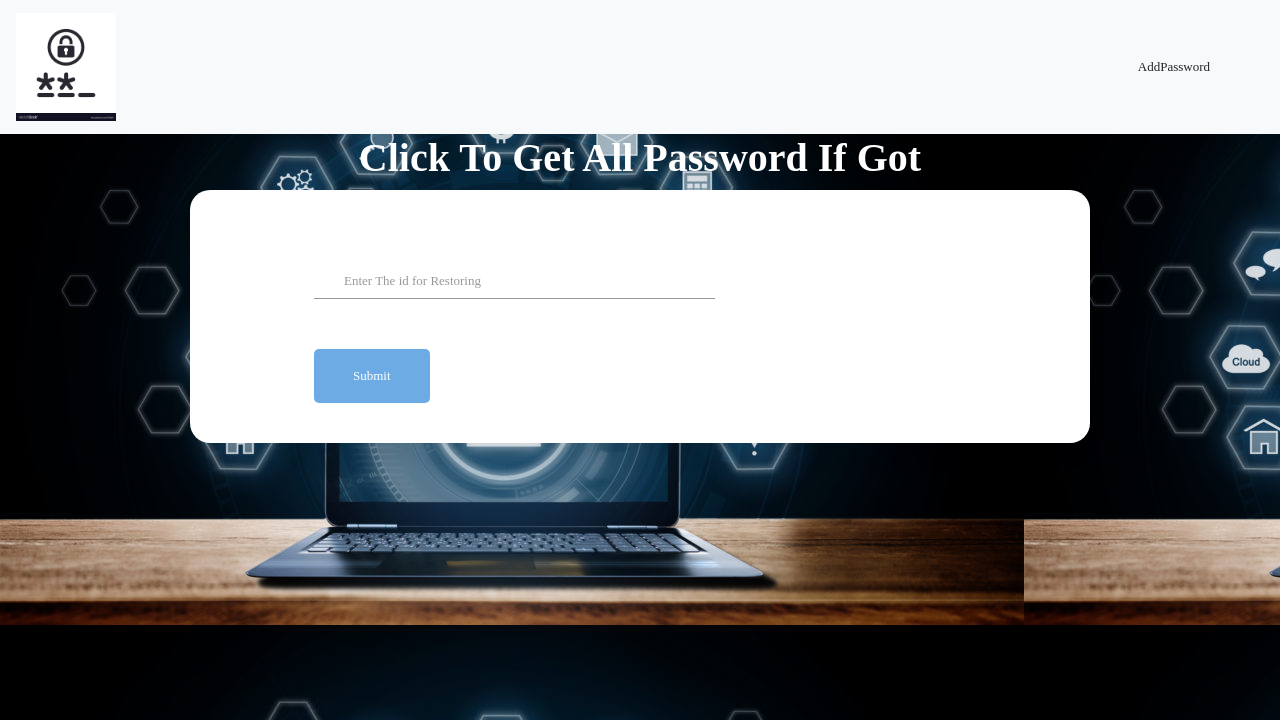
Repository: Sunil-731820/AllWorkingModels
Page: http://localhost/PasswordManagerApp/ShowAllPassword.jsp
These files come from the project's save history. The page is drawn as it stood at one moment and after the next save; the edit follows.
The browser window is 1280 px wide. The pictures show the whole page.
Some web fonts or font styles are not loaded; a fallback is used. Some web libraries are served in a nearby version. The page is served by Tomcat 9. Other server files are loaded and not shown.

Above is the page before, as saved 2022-09-28 04:31:58.

### PasswordManagerApp/src/main/webapp/ShowAllPassword.jsp
<%@ page language="java" contentType="text/html; charset=ISO-8859-1"
    pageEncoding="ISO-8859-1"%>
<!DOCTYPE html>
<html>
<head>
<meta charset="ISO-8859-1">
<title>Insert title here</title>
<link rel="stylesheet" href="fonts/material-icon/css/material-design-iconic-font.min.css">
        <link rel="stylesheet"
              href="https://stackpath.bootstrapcdn.com/bootstrap/4.3.1/css/bootstrap.min.css">
        <link rel="stylesheet"
              href="https://maxcdn.bootstrapcdn.com/font-awesome/4.7.0/css/font-awesome.min.css">
        <script
        src="https://ajax.googleapis.com/ajax/libs/jquery/3.3.1/jquery.min.js"></script>
        <script
        src="https://cdnjs.cloudflare.com/ajax/libs/popper.js/1.14.7/umd/popper.min.js"></script>
        <script
        src="https://stackpath.bootstrapcdn.com/bootstrap/4.3.1/js/bootstrap.min.js"></script>
        <link
            href="//maxcdn.bootstrapcdn.com/bootstrap/4.0.0/css/bootstrap.min.css"
            rel="stylesheet" id="bootstrap-css">
        <script
        src="//maxcdn.bootstrapcdn.com/bootstrap/4.0.0/js/bootstrap.min.js"></script>
        <script
        src="//cdnjs.cloudflare.com/ajax/libs/jquery/3.2.1/jquery.min.js"></script>
        <link rel="stylesheet" href="css/register.css" type="text/css" />
         <style type="text/css">
        body {
            background-image: url("img/pass4.jpeg");
            background-color: #cccccc;
        }
        .img-rounded {
            height: 100%;
            width: 100%;
        }
        h1 {
            color: white;
            text-align: center;
        }
    </style>
</head>
<body>
<nav class="navbar navbar-expand-md navbar-light bg-light">
            <a href="#" class="navbar-brand"> <img src="img/icons.jpg"
                                                   height="30" width="100" alt="Password">
            </a>
            <button type="button" class="navbar-toggler" data-toggle="collapse"
                    data-target="#navbarCollapse">
                <span class="navbar-toggler-icon"></span>
            </button>

            <div class="collapse navbar-collapse" id="navbarCollapse">
                <div class="navbar-nav ml-auto" style="margin-right: 30px;">
                    <a class="dropdown-item" href="AddPassword.jsp">AddPassword</a>
                </div>

            </div>
        </nav>
        <div>
            <h1>
                <b>Click To Get All Password If Got</b>
            </h1>
        </div>
<form action="ShowAllPassword.jsp" method="get">
            <!-- Sign up form -->
            <section class="signup">
                <div class="container">
                    <div class="signup-content">
                        <div class="signup-form">
                            <h2 class="form-title"> </h2>
                            <form class="register-form" id="register-form">
                            	<div class="form-group">
                                    <label for="email" class="required"><i class="zmdi zmdi-email"></i></label>
                                    <input type="number" name="id" id="id" placeholder="Enter The id for Restoring " required="required" />
                                </div>
                                 <div class="form-group form-button">
                                    <input type="submit" name="signup" id="signup" class="form-submit" value="Submit"/>
                                </div>
                            </form>
                        </div>

                    </div>
                </div>
            </section>
        </form>
</body>
</html>

### PasswordManagerApp/src/main/webapp/css/register.css
@charset "ISO-8859-1";
display-flex, .display-flex, .display-flex-center, .signup-content, .signin-content, .social-login, .socials {
  display: flex;
  display: -webkit-flex; }

/* @extend list-type-ulli; */
list-type-ulli, .socials {
  list-style-type: none;
  margin: 0;
  padding: 0; }

/* poppins-300 - latin */
@font-face {
  font-family: 'Poppins';
  font-style: normal;
  font-weight: 300;
  src: url("../fonts/poppins/poppins-v5-latin-300.eot");
  /* IE9 Compat Modes */
  src: local("Poppins Light"), local("Poppins-Light"), url("../fonts/poppins/poppins-v5-latin-300.eot?#iefix") format("embedded-opentype"), url("../fonts/poppins/poppins-v5-latin-300.woff2") format("woff2"), url("../fonts/poppins/poppins-v5-latin-300.woff") format("woff"), url("../fonts/poppins/poppins-v5-latin-300.ttf") format("truetype"), url("../fonts/poppins/poppins-v5-latin-300.svg#Poppins") format("svg");
  /* Legacy iOS */ }
/* poppins-300italic - latin */
@font-face {
  font-family: 'Poppins';
  font-style: italic;
  font-weight: 300;
  src: url("../fonts/poppins/poppins-v5-latin-300italic.eot");
  /* IE9 Compat Modes */
  src: local("Poppins Light Italic"), local("Poppins-LightItalic"), url("../fonts/poppins/poppins-v5-latin-300italic.eot?#iefix") format("embedded-opentype"), url("../fonts/poppins/poppins-v5-latin-300italic.woff2") format("woff2"), url("../fonts/poppins/poppins-v5-latin-300italic.woff") format("woff"), url("../fonts/poppins/poppins-v5-latin-300italic.ttf") format("truetype"), url("../fonts/poppins/poppins-v5-latin-300italic.svg#Poppins") format("svg");
  /* Legacy iOS */ }
/* poppins-regular - latin */
@font-face {
  font-family: 'Poppins';
  font-style: normal;
  font-weight: 400;
  src: url("../fonts/poppins/poppins-v5-latin-regular.eot");
  /* IE9 Compat Modes */
  src: local("Poppins Regular"), local("Poppins-Regular"), url("../fonts/poppins/poppins-v5-latin-regular.eot?#iefix") format("embedded-opentype"), url("../fonts/poppins/poppins-v5-latin-regular.woff2") format("woff2"), url("../fonts/poppins/poppins-v5-latin-regular.woff") format("woff"), url("../fonts/poppins/poppins-v5-latin-regular.ttf") format("truetype"), url("../fonts/poppins/poppins-v5-latin-regular.svg#Poppins") format("svg");
  /* Legacy iOS */ }
/* poppins-italic - latin */
@font-face {
  font-family: 'Poppins';
  font-style: italic;
  font-weight: 400;
  src: url("../fonts/poppins/poppins-v5-latin-italic.eot");
  /* IE9 Compat Modes */
  src: local("Poppins Italic"), local("Poppins-Italic"), url("../fonts/poppins/poppins-v5-latin-italic.eot?#iefix") format("embedded-opentype"), url("../fonts/poppins/poppins-v5-latin-italic.woff2") format("woff2"), url("../fonts/poppins/poppins-v5-latin-italic.woff") format("woff"), url("../fonts/poppins/poppins-v5-latin-italic.ttf") format("truetype"), url("../fonts/poppins/poppins-v5-latin-italic.svg#Poppins") format("svg");
  /* Legacy iOS */ }
/* poppins-500 - latin */
@font-face {
  font-family: 'Poppins';
  font-style: normal;
  font-weight: 500;
  src: url("../fonts/poppins/poppins-v5-latin-500.eot");
  /* IE9 Compat Modes */
  src: local("Poppins Medium"), local("Poppins-Medium"), url("../fonts/poppins/poppins-v5-latin-500.eot?#iefix") format("embedded-opentype"), url("../fonts/poppins/poppins-v5-latin-500.woff2") format("woff2"), url("../fonts/poppins/poppins-v5-latin-500.woff") format("woff"), url("../fonts/poppins/poppins-v5-latin-500.ttf") format("truetype"), url("../fonts/poppins/poppins-v5-latin-500.svg#Poppins") format("svg");
  /* Legacy iOS */ }
/* poppins-500italic - latin */
@font-face {
  font-family: 'Poppins';
  font-style: italic;
  font-weight: 500;
  src: url("../fonts/poppins/poppins-v5-latin-500italic.eot");
  /* IE9 Compat Modes */
  src: local("Poppins Medium Italic"), local("Poppins-MediumItalic"), url("../fonts/poppins/poppins-v5-latin-500italic.eot?#iefix") format("embedded-opentype"), url("../fonts/poppins/poppins-v5-latin-500italic.woff2") format("woff2"), url("../fonts/poppins/poppins-v5-latin-500italic.woff") format("woff"), url("../fonts/poppins/poppins-v5-latin-500italic.ttf") format("truetype"), url("../fonts/poppins/poppins-v5-latin-500italic.svg#Poppins") format("svg");
  /* Legacy iOS */ }
/* poppins-600 - latin */
@font-face {
  font-family: 'Poppins';
  font-style: normal;
  font-weight: 600;
  src: url("../fonts/poppins/poppins-v5-latin-600.eot");
  /* IE9 Compat Modes */
  src: local("Poppins SemiBold"), local("Poppins-SemiBold"), url("../fonts/poppins/poppins-v5-latin-600.eot?#iefix") format("embedded-opentype"), url("../fonts/poppins/poppins-v5-latin-600.woff2") format("woff2"), url("../fonts/poppins/poppins-v5-latin-600.woff") format("woff"), url("../fonts/poppins/poppins-v5-latin-600.ttf") format("truetype"), url("../fonts/poppins/poppins-v5-latin-600.svg#Poppins") format("svg");
  /* Legacy iOS */ }
/* poppins-700 - latin */
@font-face {
  font-family: 'Poppins';
  font-style: normal;
  font-weight: 700;
  src: url("../fonts/poppins/poppins-v5-latin-700.eot");
  /* IE9 Compat Modes */
  src: local("Poppins Bold"), local("Poppins-Bold"), url("../fonts/poppins/poppins-v5-latin-700.eot?#iefix") format("embedded-opentype"), url("../fonts/poppins/poppins-v5-latin-700.woff2") format("woff2"), url("../fonts/poppins/poppins-v5-latin-700.woff") format("woff"), url("../fonts/poppins/poppins-v5-latin-700.ttf") format("truetype"), url("../fonts/poppins/poppins-v5-latin-700.svg#Poppins") format("svg");
  /* Legacy iOS */ }
/* poppins-700italic - latin */
@font-face {
  font-family: 'Poppins';
  font-style: italic;
  font-weight: 700;
  src: url("../fonts/poppins/poppins-v5-latin-700italic.eot");
  /* IE9 Compat Modes */
  src: local("Poppins Bold Italic"), local("Poppins-BoldItalic"), url("../fonts/poppins/poppins-v5-latin-700italic.eot?#iefix") format("embedded-opentype"), url("../fonts/poppins/poppins-v5-latin-700italic.woff2") format("woff2"), url("../fonts/poppins/poppins-v5-latin-700italic.woff") format("woff"), url("../fonts/poppins/poppins-v5-latin-700italic.ttf") format("truetype"), url("../fonts/poppins/poppins-v5-latin-700italic.svg#Poppins") format("svg");
  /* Legacy iOS */ }
/* poppins-800 - latin */
@font-face {
  font-family: 'Poppins';
  font-style: normal;
  font-weight: 800;
  src: url("../fonts/poppins/poppins-v5-latin-800.eot");
  /* IE9 Compat Modes */
  src: local("Poppins ExtraBold"), local("Poppins-ExtraBold"), url("../fonts/poppins/poppins-v5-latin-800.eot?#iefix") format("embedded-opentype"), url("../fonts/poppins/poppins-v5-latin-800.woff2") format("woff2"), url("../fonts/poppins/poppins-v5-latin-800.woff") format("woff"), url("../fonts/poppins/poppins-v5-latin-800.ttf") format("truetype"), url("../fonts/poppins/poppins-v5-latin-800.svg#Poppins") format("svg");
  /* Legacy iOS */ }
/* poppins-800italic - latin */
@font-face {
  font-family: 'Poppins';
  font-style: italic;
  font-weight: 800;
  src: url("../fonts/poppins/poppins-v5-latin-800italic.eot");
  /* IE9 Compat Modes */
  src: local("Poppins ExtraBold Italic"), local("Poppins-ExtraBoldItalic"), url("../fonts/poppins/poppins-v5-latin-800italic.eot?#iefix") format("embedded-opentype"), url("../fonts/poppins/poppins-v5-latin-800italic.woff2") format("woff2"), url("../fonts/poppins/poppins-v5-latin-800italic.woff") format("woff"), url("../fonts/poppins/poppins-v5-latin-800italic.ttf") format("truetype"), url("../fonts/poppins/poppins-v5-latin-800italic.svg#Poppins") format("svg");
  /* Legacy iOS */ }
/* poppins-900 - latin */
@font-face {
  font-family: 'Poppins';
  font-style: normal;
  font-weight: 900;
  src: url("../fonts/poppins/poppins-v5-latin-900.eot");
  /* IE9 Compat Modes */
  src: local("Poppins Black"), local("Poppins-Black"), url("../fonts/poppins/poppins-v5-latin-900.eot?#iefix") format("embedded-opentype"), url("../fonts/poppins/poppins-v5-latin-900.woff2") format("woff2"), url("../fonts/poppins/poppins-v5-latin-900.woff") format("woff"), url("../fonts/poppins/poppins-v5-latin-900.ttf") format("truetype"), url("../fonts/poppins/poppins-v5-latin-900.svg#Poppins") format("svg");
  /* Legacy iOS */ }
a:focus, a:active {
  text-decoration: none;
  outline: none;
  transition: all 300ms ease 0s;
  -moz-transition: all 300ms ease 0s;
  -webkit-transition: all 300ms ease 0s;
  -o-transition: all 300ms ease 0s;
  -ms-transition: all 300ms ease 0s; }

input, select, textarea {
  outline: none;
  appearance: unset !important;
  -moz-appearance: unset !important;
  -webkit-appearance: unset !important;
  -o-appearance: unset !important;
  -ms-appearance: unset !important; }

input::-webkit-outer-spin-button, input::-webkit-inner-spin-button {
  appearance: none !important;
  -moz-appearance: none !important;
  -webkit-appearance: none !important;
  -o-appearance: none !important;
  -ms-appearance: none !important;
  margin: 0; }

input:focus, select:focus, textarea:focus {
  outline: none;
  box-shadow: none !important;
  -moz-box-shadow: none !important;
  -webkit-box-shadow: none !important;
  -o-box-shadow: none !important;
  -ms-box-shadow: none !important; }

input[type=checkbox] {
  appearance: checkbox !important;
  -moz-appearance: checkbox !important;
  -webkit-appearance: checkbox !important;
  -o-appearance: checkbox !important;
  -ms-appearance: checkbox !important; }

input[type=radio] {
  appearance: radio !important;
  -moz-appearance: radio !important;
  -webkit-appearance: radio !important;
  -o-appearance: radio !important;
  -ms-appearance: radio !important; }

img {
  max-width: 100%;
  height: auto; }

figure {
  margin: 0; }

p {
  margin-bottom: 0px;
  font-size: 15px;
  color: #777; }

h2 {
  line-height: 1.66;
  margin: 0;
  padding: 0;
  font-weight: bold;
  color: #222;
  font-family: Poppins;
  font-size: 36px; }

.main {
  background: #f8f8f8;
  padding: 150px 0; }

.clear {
  clear: both; }

body {
  font-size: 13px;
  line-height: 1.8;
  color: #222;
  background: #f8f8f8;
  font-weight: 400;
  font-family: Poppins; }

.container {
  width: 900px;
  background: #fff;
  margin: 0 auto;
  box-shadow: 0px 15px 16.83px 0.17px rgba(0, 0, 0, 0.05);
  -moz-box-shadow: 0px 15px 16.83px 0.17px rgba(0, 0, 0, 0.05);
  -webkit-box-shadow: 0px 15px 16.83px 0.17px rgba(0, 0, 0, 0.05);
  -o-box-shadow: 0px 15px 16.83px 0.17px rgba(0, 0, 0, 0.05);
  -ms-box-shadow: 0px 15px 16.83px 0.17px rgba(0, 0, 0, 0.05);
  border-radius: 20px;
  -moz-border-radius: 20px;
  -webkit-border-radius: 20px;
  -o-border-radius: 20px;
  -ms-border-radius: 20px; }

.display-flex {
  justify-content: space-between;
  -moz-justify-content: space-between;
  -webkit-justify-content: space-between;
  -o-justify-content: space-between;
  -ms-justify-content: space-between;
  align-items: center;
  -moz-align-items: center;
  -webkit-align-items: center;
  -o-align-items: center;
  -ms-align-items: center; }

.display-flex-center {
  justify-content: center;
  -moz-justify-content: center;
  -webkit-justify-content: center;
  -o-justify-content: center;
  -ms-justify-content: center;
  align-items: center;
  -moz-align-items: center;
  -webkit-align-items: center;
  -o-align-items: center;
  -ms-align-items: center; }

.position-center {
  position: absolute;
  top: 50%;
  left: 50%;
  transform: translate(-50%, -50%);
  -moz-transform: translate(-50%, -50%);
  -webkit-transform: translate(-50%, -50%);
  -o-transform: translate(-50%, -50%);
  -ms-transform: translate(-50%, -50%); }

.signup {
  margin-bottom: 150px; }

.signup-content {
  padding: 40px 0; }

.signup-form, .signup-image, .signin-form, .signin-image {
  width: 50%;
  overflow: hidden; }

.signup-image {
  margin: 0 55px; }

.form-title {
  margin-bottom: 33px; }

.signup-image {
  margin-top: 45px; }

figure {
  margin-bottom: 50px;
  text-align: center; }

.form-submit {
  display: inline-block;
  background: #6dabe4;
  color: #fff;
  border-bottom: none;
  width: auto;
  padding: 15px 39px;
  border-radius: 5px;
  -moz-border-radius: 5px;
  -webkit-border-radius: 5px;
  -o-border-radius: 5px;
  -ms-border-radius: 5px;
  margin-top: 25px;
  cursor: pointer; }
  .form-submit:hover {
    background: #4292dc; }

#signin {
  margin-top: 16px; }

.signup-image-link {
  font-size: 14px;
  color: #222;
  display: block;
  text-align: center; }

.term-service {
  font-size: 13px;
  color: #222; }

.signup-form {
  margin-left: 75px;
  margin-right: 75px;
  padding-left: 34px; }

.register-form {
  width: 100%; }

.form-group {
  position: relative;
  margin-bottom: 25px;
  overflow: hidden; }
  .form-group:last-child {
    margin-bottom: 0px; }

input {
  width: 100%;
  display: block;
  border: none;
  border-bottom: 1px solid #999;
  padding: 6px 30px;
  font-family: Poppins;
  box-sizing: border-box; }
  input::-webkit-input-placeholder {
    color: #999; }
  input::-moz-placeholder {
    color: #999; }
  input:-ms-input-placeholder {
    color: #999; }
  input:-moz-placeholder {
    color: #999; }
  input:focus {
    border-bottom: 1px solid #222; }
    input:focus::-webkit-input-placeholder {
      color: #222; }
    input:focus::-moz-placeholder {
      color: #222; }
    input:focus:-ms-input-placeholder {
      color: #222; }
    input:focus:-moz-placeholder {
      color: #222; }

input[type=checkbox]:not(old) {
  width: 2em;
  margin: 0;
  padding: 0;
  font-size: 1em;
  display: none; }

input[type=checkbox]:not(old) + label {
  display: inline-block;
  line-height: 1.5em;
  margin-top: 6px; }

input[type=checkbox]:not(old) + label > span {
  display: inline-block;
  width: 13px;
  height: 13px;
  margin-right: 15px;
  margin-bottom: 3px;
  border: 1px solid #999;
  border-radius: 2px;
  -moz-border-radius: 2px;
  -webkit-border-radius: 2px;
  -o-border-radius: 2px;
  -ms-border-radius: 2px;
  background: white;
  background-image: -moz-linear-gradient(white, white);
  background-image: -ms-linear-gradient(white, white);
  background-image: -o-linear-gradient(white, white);
  background-image: -webkit-linear-gradient(white, white);
  background-image: linear-gradient(white, white);
  vertical-align: bottom; }

input[type=checkbox]:not(old):checked + label > span {
  background-image: -moz-linear-gradient(white, white);
  background-image: -ms-linear-gradient(white, white);
  background-image: -o-linear-gradient(white, white);
  background-image: -webkit-linear-gradient(white, white);
  background-image: linear-gradient(white, white); }

input[type=checkbox]:not(old):checked + label > span:before {
  content: '\f26b';
  display: block;
  color: #222;
  font-size: 11px;
  line-height: 1.2;
  text-align: center;
  font-family: 'Material-Design-Iconic-Font';
  font-weight: bold; }

.agree-term {
  display: inline-block;
  width: auto; }

label {
  position: absolute;
  left: 0;
  top: 50%;
  transform: translateY(-50%);
  -moz-transform: translateY(-50%);
  -webkit-transform: translateY(-50%);
  -o-transform: translateY(-50%);
  -ms-transform: translateY(-50%);
  color: #222; }

.label-has-error {
  top: 22%; }

label.error {
  position: relative;
  background: url("../images/unchecked.gif") no-repeat;
  background-position-y: 3px;
  padding-left: 20px;
  display: block;
  margin-top: 20px; }

label.valid {
  display: block;
  position: absolute;
  right: 0;
  left: auto;
  margin-top: -6px;
  width: 20px;
  height: 20px;
  background: transparent; }
  label.valid:after {
    font-family: 'Material-Design-Iconic-Font';
    content: '\f269';
    width: 100%;
    height: 100%;
    position: absolute;
    /* right: 0; */
    font-size: 16px;
    color: green; }

.label-agree-term {
  position: relative;
  top: 0%;
  transform: translateY(0);
  -moz-transform: translateY(0);
  -webkit-transform: translateY(0);
  -o-transform: translateY(0);
  -ms-transform: translateY(0); }

.material-icons-name {
  font-size: 18px; }

.signin-content {
  padding-top: 40px;
  padding-bottom: 10px; }

.social-login {
  align-items: center;
  -moz-align-items: center;
  -webkit-align-items: center;
  -o-align-items: center;
  -ms-align-items: center;
  margin-top: 80px; }

.social-label {
  display: inline-block;
  margin-right: 15px; }

.socials li {
  padding: 5px; }
  .socials li:last-child {
    margin-right: 0px; }
  .socials li a {
    text-decoration: none; }
    .socials li a i {
      width: 30px;
      height: 30px;
      color: #fff;
      font-size: 14px;
      border-radius: 5px;
      -moz-border-radius: 5px;
      -webkit-border-radius: 5px;
      -o-border-radius: 5px;
      -ms-border-radius: 5px;
      transform: translateZ(0);
      -moz-transform: translateZ(0);
      -webkit-transform: translateZ(0);
      -o-transform: translateZ(0);
      -ms-transform: translateZ(0);
      -webkit-transition-duration: 0.3s;
      transition-duration: 0.3s;
      -webkit-transition-property: transform;
      transition-property: transform;
      -webkit-transition-timing-function: ease-out;
      transition-timing-function: ease-out; }
  .socials li:hover a i {
    -webkit-transform: scale(1.3) translateZ(0);
    transform: scale(1.3) translateZ(0); }

.zmdi-facebook {
  background: #3b5998; }

.zmdi-twitter {
  background: #1da0f2; }

.zmdi-google {
  background: #e72734; }

.signin-form {
  margin-right: 90px;
  margin-left: 80px; }

.signin-image {
  margin-left: 110px;
  margin-right: 20px;
  margin-top: 10px; }

@media screen and (max-width: 1200px) {
  .container {
    width: calc( 100% - 30px);
    max-width: 100%; } }
@media screen and (min-width: 1024px) {
  .container {
    max-width: 1200px; } }
@media screen and (max-width: 768px) {
  .signup-content, .signin-content {
    flex-direction: column;
    -moz-flex-direction: column;
    -webkit-flex-direction: column;
    -o-flex-direction: column;
    -ms-flex-direction: column;
    justify-content: center;
    -moz-justify-content: center;
    -webkit-justify-content: center;
    -o-justify-content: center;
    -ms-justify-content: center; }

  .signup-form {
    margin-left: 0px;
    margin-right: 0px;
    padding-left: 0px;
    /* box-sizing: border-box; */
    padding: 0 30px; }

  .signin-image {
    margin-left: 0px;
    margin-right: 0px;
    margin-top: 50px;
    order: 2;
    -moz-order: 2;
    -webkit-order: 2;
    -o-order: 2;
    -ms-order: 2; }

  .signup-form, .signup-image, .signin-form, .signin-image {
    width: auto; }

  .social-login {
    justify-content: center;
    -moz-justify-content: center;
    -webkit-justify-content: center;
    -o-justify-content: center;
    -ms-justify-content: center; }

  .form-button {
    text-align: center; }

  .signin-form {
    order: 1;
    -moz-order: 1;
    -webkit-order: 1;
    -o-order: 1;
    -ms-order: 1;
    margin-right: 0px;
    margin-left: 0px;
    padding: 0 30px; }

  .form-title {
    text-align: center; } }
@media screen and (max-width: 400px) {
  .social-login {
    flex-direction: column;
    -moz-flex-direction: column;
    -webkit-flex-direction: column;
    -o-flex-direction: column;
    -ms-flex-direction: column; }

  .social-label {
    margin-right: 0px;
    margin-bottom: 10px; } }

After the next save:
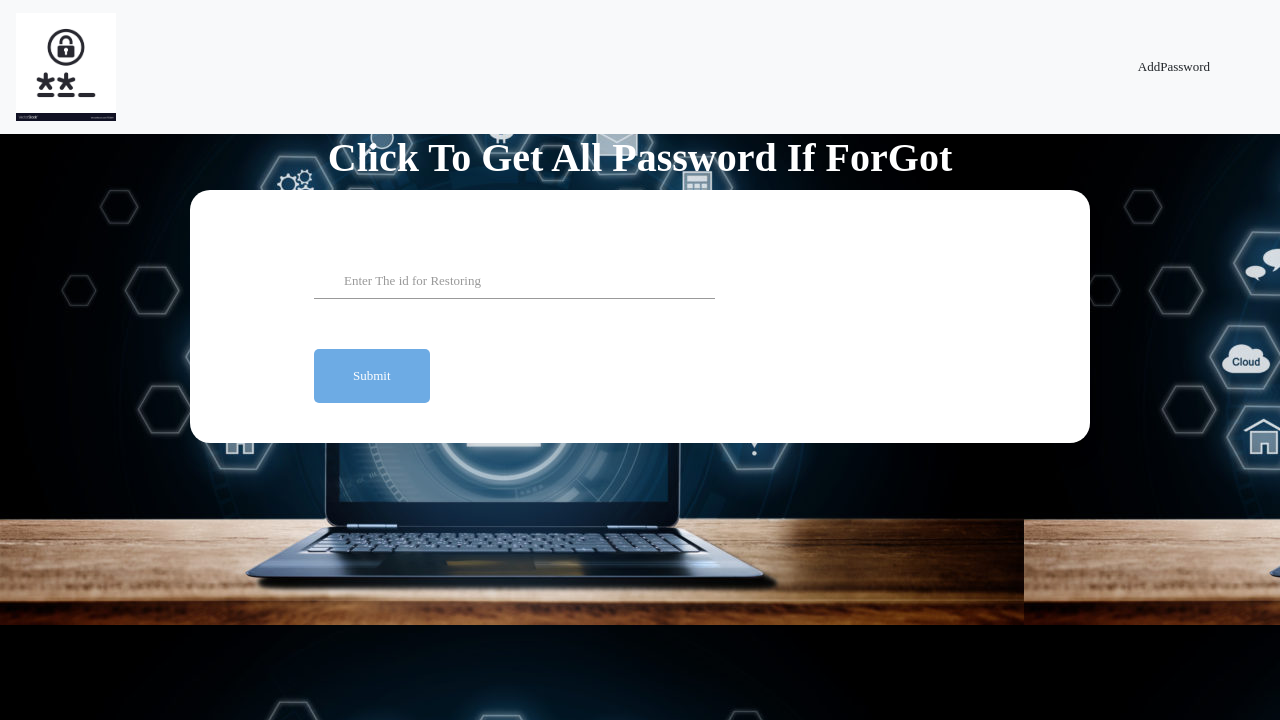
Saved 36 s later.
--- a/PasswordManagerApp/src/main/webapp/ShowAllPassword.jsp
+++ b/PasswordManagerApp/src/main/webapp/ShowAllPassword.jsp
@@ -58,7 +58,7 @@
         </nav>
         <div>
             <h1>
-                <b>Click To Get All Password If Got</b>
+                <b>Click To Get All Password If ForGot</b>
             </h1>
         </div>
 <form action="ShowAllPassword.jsp" method="get">
